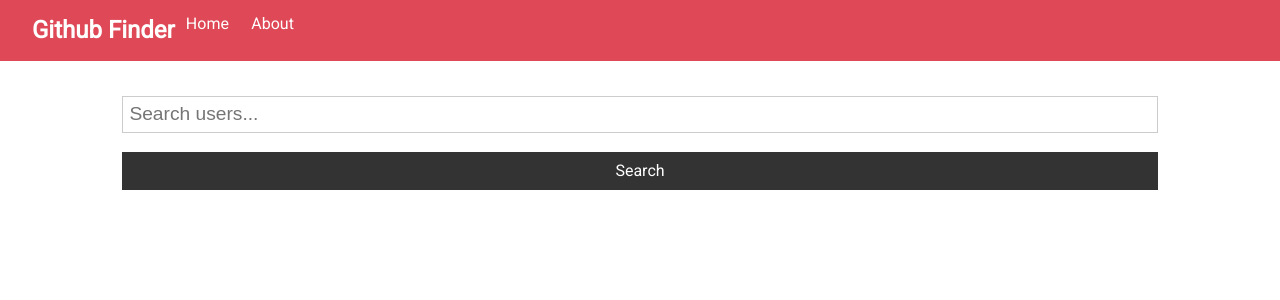
Repository: 7harshit20/github-users-finder
Page: /
These files come from the project's save history. The page is drawn as it stood at one moment and after the next save; the edit follows.
The browser window is 1280 px wide. The pictures show the whole page.
The project was rebuilt for these pictures with package versions that can differ from the ones it lists, and the page was loaded fresh each time. Also part of the build but not shown: src/component/users/UserItems.js, src/component/layout/Spinner.js, src/component/layout/Alert.js, src/component/pages/About.js.

Above is the page before, as saved 2021-10-03 10:55:09.

After the next save:
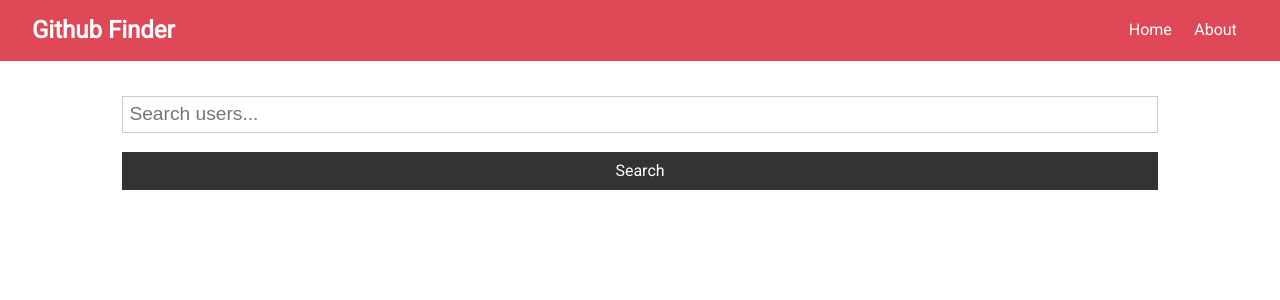
Saved 24 s later.
--- a/src/App.css
+++ b/src/App.css
@@ -349,11 +349,11 @@
 /* Navbar */
 .navbar {
   display: flex;
-  /* justify-content: space-between; */
-  /* align-items: center; */
+  justify-content: space-between;
+  align-items: center;
   padding: 0.7rem 2rem;
   z-index: 1;
-  width: 100%;
+  /* width: 100%; */
   opacity: 0.9;
   margin-bottom: 1rem;
 }
